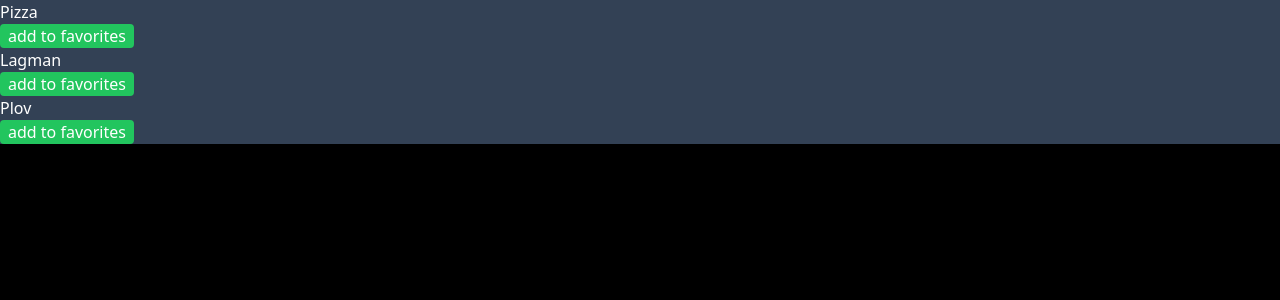
Repository: Nurlan-Bakenbaev/redux-tools
Page: /
These files come from the project's save history. The page is drawn as it stood at one moment and after the next save; the edit follows.
The browser window is 1280 px wide. The pictures show the whole page.
The project was rebuilt for these pictures with package versions that can differ from the ones it lists, and the page was loaded fresh each time. Also part of the build but not shown: vite.config.js.

Above is the page before, as saved 2023-10-22 22:14:08.

After the next save:
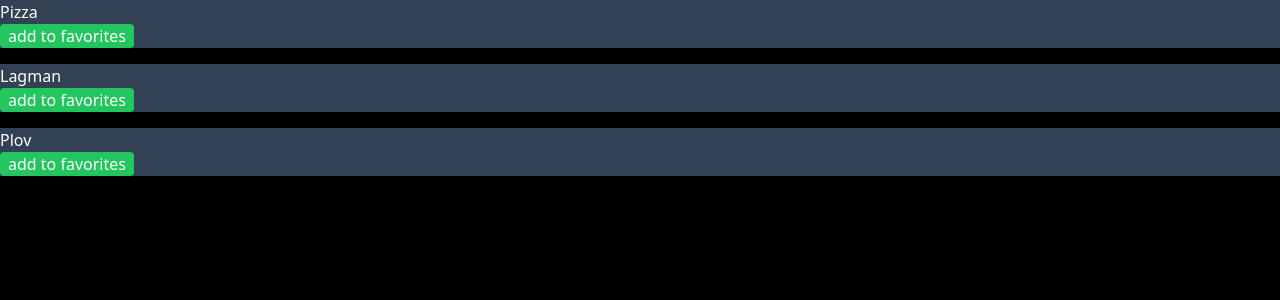
Saved 7 s later.
--- a/src/App.jsx
+++ b/src/App.jsx
@@ -3,7 +3,7 @@ import RicipeItem from "./RicipeItem";
 function App() {
   return (
     <>
-      <div className="flex flex-col">
+      <div className="flex flex-col gap-4">
         <RicipeItem recipe={{ id: 1, name: "Pizza" }} />
         <RicipeItem recipe={{ id: 2, name: "Lagman" }} />
         <RicipeItem recipe={{ id: 3, name: "Plov" }} />
